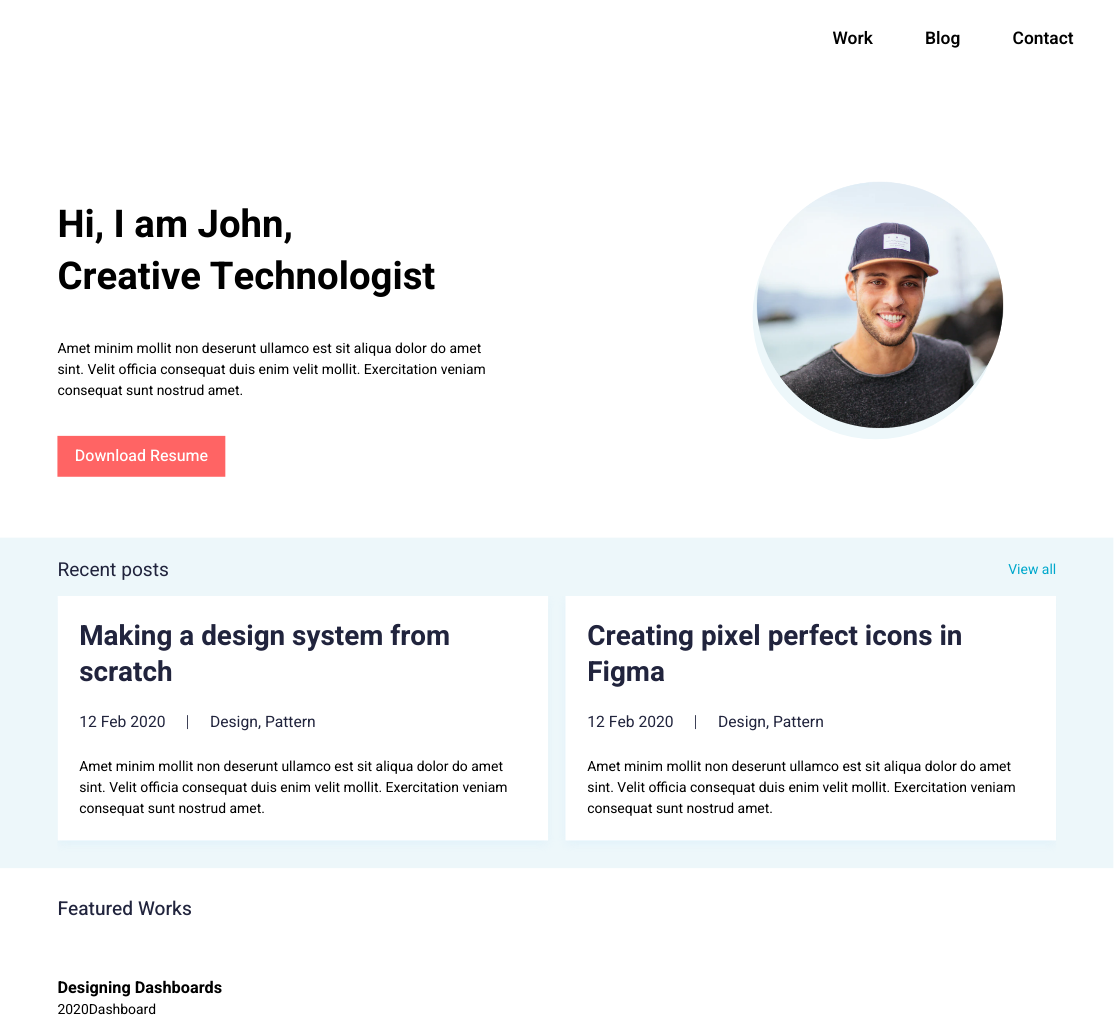
Repository: sharma171/portfolio
Page: /
The author's editor kept a copy of each file at every save. The page is drawn from the files as they stood at one save, then again after the next save.
The browser window is 1280 px wide. The pictures show the whole page, at 87% of full size.
The project was rebuilt for these pictures with package versions that can differ from the ones it lists, and the page was loaded fresh each time. The framework's server and built-in components were replaced by stand-ins that run in the browser. Also part of the build but not shown: next.config.mjs.

Above is the page before, as saved 2024-06-01 22:55:30.

### src/app/layout.js

import "./globals.css";


export const metadata = {
  title: "Portfolio Website",
  description: "Blogging and projects site",
};

export default function RootLayout({ children }) {
  return (
    <html lang="en">
      <body>{children}</body>
    </html>
  );
}

### src/app/page.js
import "./page.css";
import Header from "../components/Header";
import Hero from "../components/Hero";
import HomeBlog from "../components/HomeBlog";
import Featured from "../components/Featuredworks";

export default function Home() {
  return (
    <main className="main">
      <Header />
      <Hero />
      <HomeBlog />
      <section className="featured-home">
        <div className="container">
          <div className="top-heading">
            <h3 className="head">
              Featured Works
            </h3>
          </div>
            <Featured/>
        </div>
      </section>
    </main>
  );
}

### src/app/globals.css
@import url('https://fonts.googleapis.com/css2?family=Heebo:wght@100..900&display=swap');

:root {
  --max-width: 1180px;
  --border-radius: 12px;
  --font-mono: ui-monospace, Menlo, Monaco, "Cascadia Mono", "Segoe UI Mono",
    "Roboto Mono", "Oxygen Mono", "Ubuntu Monospace", "Source Code Pro",
    "Fira Mono", "Droid Sans Mono", "Courier New", monospace;
  --main-font: "Heebo", sans-serif;
  --weight--300: 300;
  --weight--400: 400;
  --weight--500: 500;
  --weight--600: 600;
  --weight--700: 700;
  --weight--800: 800;
  --weight--900: 900;
  --hero-button: #FF6464;
  --text-color: #21243D;
}

* {
  box-sizing: border-box;
  padding: 0;
  margin: 0;
}

html,
body {
  max-width: 100vw;
  overflow-x: hidden;
  font-family: var(--main-font);
}

a {
  color: inherit;
  text-decoration: none;
}
.container {
  max-width: var(--max-width);
  margin: 0 auto;
  padding: 0 1rem;
}
header {
  background: #fff;
}
header .header-logo {
  width: 1rem;
  height: auto;
}
.nav {
  display: flex;
  flex-direction: row;
  justify-content:space-between;
  max-width: 1280px;
  margin: 0 auto;
  padding: 0 1rem;
}
.navMenu {
  display: flex;
  flex-direction: row;
  align-items: center;
}
.navMenu .navLink {
  font-size: 1.25rem;
  font-weight: var(--weight--600);
  color: var(--primary-color);
  margin: 30px;
}

### src/app/page.css
.main {
  display: flex;
  flex-direction: column;
  min-height: 100vh;
}
/* ----------------- hero section ----------------- */
.hero .hero-row {
  display: flex;
  flex-direction: row;
}
.hero .hero-lhs {
  width: 70%;
}
.hero .hero-lhs .hero-cta {
  display: flex;
  flex-direction: column;
  gap: 40px;
  margin-top: 140px;
  margin-bottom: 70px;
}
.hero .hero-lhs .hero-cta .main-head {
  font-size: 44px;
  line-height: 3.75rem;
  font-weight: 700;
}
.hero .hero-lhs .hero-cta .sub-head {
  font-size: 16px;
  line-height: 1.5rem;
  font-weight: 400;
  max-width: 500px;
}
.hero .hero-lhs .hero-cta .cta-button {
  padding: 14px 20px;
  font-size: 1.15rem;
  line-height: 19px;
  font-weight: 500;
  font-family: "Heebo", sans-serif;
  margin-right: auto;
  background: var(--hero-button);
  color: #fff;
  border: none;
}
.hero .hero-rhs {
  width: 30%;
  display: flex;
  justify-content: flex-start;
  align-items: center;
}
.hero .hero-rhs .hero-img {
  position: relative;
}
.hero .hero-rhs .hero-img .image {
  width: 283px;
  height: 283px;
  z-index: 1;

}
.hero .hero-rhs .hero-img::after {
  content: "";
  position: absolute;
  top: 13px;
  left: -5px;
  width: 283px;
  height: 283px;
  background: #EDF7FA;
  z-index: -1;
  border-radius: 300px;
}

/* -------------------------  Home Blog Section --------------------------------------- */

.home-blog {
  background: #EDF7FA;
}
.home-blog .blog-head {
  display: flex;
  flex-direction: row;
  justify-content: space-between;
  align-items: center;
  margin-top: 7px;
}
.home-blog .blog-head .heading {
  font-size: 22px;
  line-height: 60px;
  font-weight: 400;
  color: var(--text-color);
}
.home-blog .blog-head .more-link {
  font-size: 16px;
  font-weight: 400;
  color: #00A8CC;
}

/* ----------------------- Blog Carousel ----------------------------------------- */
.blog-carousel .blog-image {
  display: none;
}
.blog-carousel {
  display: flex;
  flex-direction:row;
  overflow: hidden;
  max-width: 100%;
  padding-bottom: 32px;
}
.blog-carousel .blog-item {
  background-color: #fff;
  box-shadow: #bbe1fa3d 0 4px 10px 0;
  padding: 25px;
  display: flex;
  flex-direction: column;
  gap: 25px;
}
.blog-carousel .blog-item:nth-child(odd){
  margin-right: 10px;
}
.blog-carousel .blog-item:nth-child(even) {
  margin-left: 10px;
}
.blog-carousel .blog-item .blog-item-head {
  /* margin-bottom: 17px; */
}
.blog-carousel .blog-item .blog-item-head .head {
  font-size: 32px;
  line-height: 1.3em;
  font-weight: 700;
  color: var(--text-color);
}
.blog-carousel .blog-info {
  display: flex;
  flex-direction: row;
  gap: 25px;
  /* margin-bottom: 11px; */
}
.blog-carousel .blog-info .divline {
  width: 1px;
  height: 15.799999999999958px;
  margin-top: 4px;
  background: var(--text-color);
}
.blog-carousel .blog-info .date {
  font-size: 18px;
  line-height: 26px;
  color: var(--text-color);
  font-weight: 400;
}
.blog-carousel .blog-info .author {
  font-size: 18px;
  line-height: 26px;
  color: var(--text-color);
  font-weight: 400;
}
.blog-carousel .blog-info .blog-para .para{
  font-size: 16px;
  line-height: 24px;
  color: var(--text-color);
  font-weight: 400;
}

/* ---------------------------- Featured Works -------------------------------------------------------------------- */

.featured-home {
  background: #fff;
}
.featured-home .top-heading {
  display: flex;
  flex-direction: row;
  justify-content: space-between;
  align-items: center;
  margin-top: 17px;
  margin-bottom: 22px;
}
.featured-home .top-heading .head {
  font-size: 22px;
  color: var(--text-color);
  line-height: 60px;
  font-weight: 500;
}

### src/components/Header.jsx
import React from "react";
import "../app/globals.css";

const navLink = [
    {
        name: "Work",
        link: "/"
    },
    {
        name: "Blog",
        link: "/blog"
    },
    {
        name: "Contact",
        link: "/contact"
    },
]

const Header = () => {
    return(
        <header>
            <nav className="nav">
                <a href="/">

                </a>
                <div className="navMenu">
                    {navLink.map((item, index) => (
                        <a href={item.link} className="navLink" key={index}>{item.name}</a>
                    ))}
                </div>
            </nav>
        </header>
    )
}

export default Header;

### src/components/hero.jsx
import React from "react";
import Image from 'next/image';
import HeroImg from "../../public/hero-img.png"

const Hero = () => {
    return (
        <>
        <section className="hero">
            <div className="container">
                <div className="hero-row">
                    <div className="hero-lhs">
                        <div className="hero-cta">
                            <h1 className="main-head">
                            Hi, I am John,<br></br>Creative Technologist
                            </h1>
                            <p className="sub-head">
                            Amet minim mollit non deserunt ullamco est sit aliqua dolor do amet sint. Velit officia consequat duis enim velit mollit. Exercitation veniam consequat sunt nostrud amet.
                            </p>
                            <button className="cta-button">Download Resume</button>
                        </div>
                    </div>
                    <div className="hero-rhs">
                        <div className="hero-img">
                            <Image
                                src={HeroImg} // Path to your image
                                alt="hero"
                                width={243}
                                height={243}
                                className="image"
                            />
                        </div>
                    </div>
                </div>
            </div>
        </section>
        </>
    )
}
export default Hero

### src/components/HomeBlog.jsx
import React from "react";

const carItem = [
  {
    title: "Making a design system from scratch",
    date: "12 Feb 2020",
    author: "Design, Pattern",
    shortDescription: "Amet minim mollit non deserunt ullamco est sit aliqua dolor do amet sint. Velit officia consequat duis enim velit mollit. Exercitation veniam consequat sunt nostrud amet.",
    thumbnailImage: "", // Consider adding a valid image URL here
  },
  {
    title: "Creating pixel perfect icons in Figma",
    date: "12 Feb 2020",
    author: "Design, Pattern",
    shortDescription: "Amet minim mollit non deserunt ullamco est sit aliqua dolor do amet sint. Velit officia consequat duis enim velit mollit. Exercitation veniam consequat sunt nostrud amet.",
    thumbnailImage: "", // Consider adding a valid image URL here
  },
];

const HomeBlog = () => {
  return (
    <section className="home-blog">
      <div className="container">
        <div className="blog-head">
          <h3 className="heading">Recent posts</h3>
          <a href="" className="more-link">View all</a>
        </div>
        <div className="blog-carousel">
          {carItem.map((item, index) => (
            <div key={index} className={`blog-item ${index}`}>
              <div className="blog-item-head">
                <h3 className="head">{item.title}</h3>
              </div>
              <div className="blog-info">
                <span className="date">{item.date}</span>
                <div className="divline"></div>
                <span className="author">{item.author}</span>
              </div>
              <div className="blog-para">
                <p className="para">{item.shortDescription}</p>
              </div>
              {item.thumbnailImage && (
                <div className="blog-image">
                  <img src={item.thumbnailImage} alt={item.title} />
                </div>
              )}
            </div>
          ))}
        </div>
      </div>
    </section>
  );
};

export default HomeBlog;

### src/components/Featuredworks.jsx
import React from "react";


const FeaturedWorks = () => {
    return(
        <>
        <div className="workcards">
            <div className="card-item">
                <div className="card-thumb">
                    <img src="" alt="" className="thumb-img" />
                </div>
                <div className="card-info">
                    <h3 className="heading">Designing Dashboards</h3>
                    <div className="info-row">
                        <span className="date">2020</span>
                        <span className="topic">Dashboard</span>
                    </div>
                    <p className="info-para">

                    </p>
                </div>
            </div>
        </div>
        </>
    )
}
export default FeaturedWorks;

After the next save:
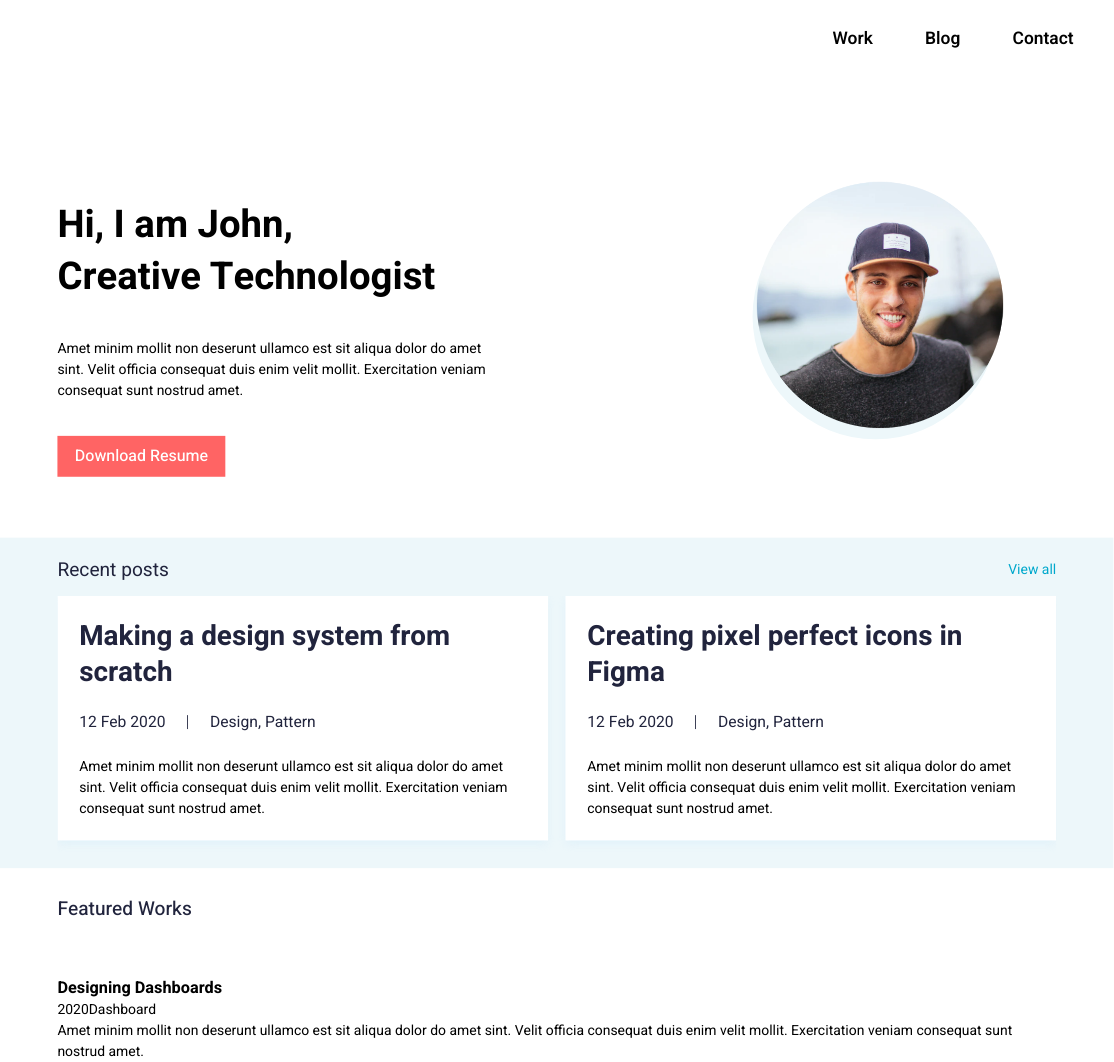
Saved 11 s later.
--- a/src/components/Featuredworks.jsx
+++ b/src/components/Featuredworks.jsx
@@ -16,7 +16,7 @@ const FeaturedWorks = () => {
                         <span className="topic">Dashboard</span>
                     </div>
                     <p className="info-para">
-
+                    Amet minim mollit non deserunt ullamco est sit aliqua dolor do amet sint. Velit officia consequat duis enim velit mollit. Exercitation veniam consequat sunt nostrud amet.
                     </p>
                 </div>
             </div>
